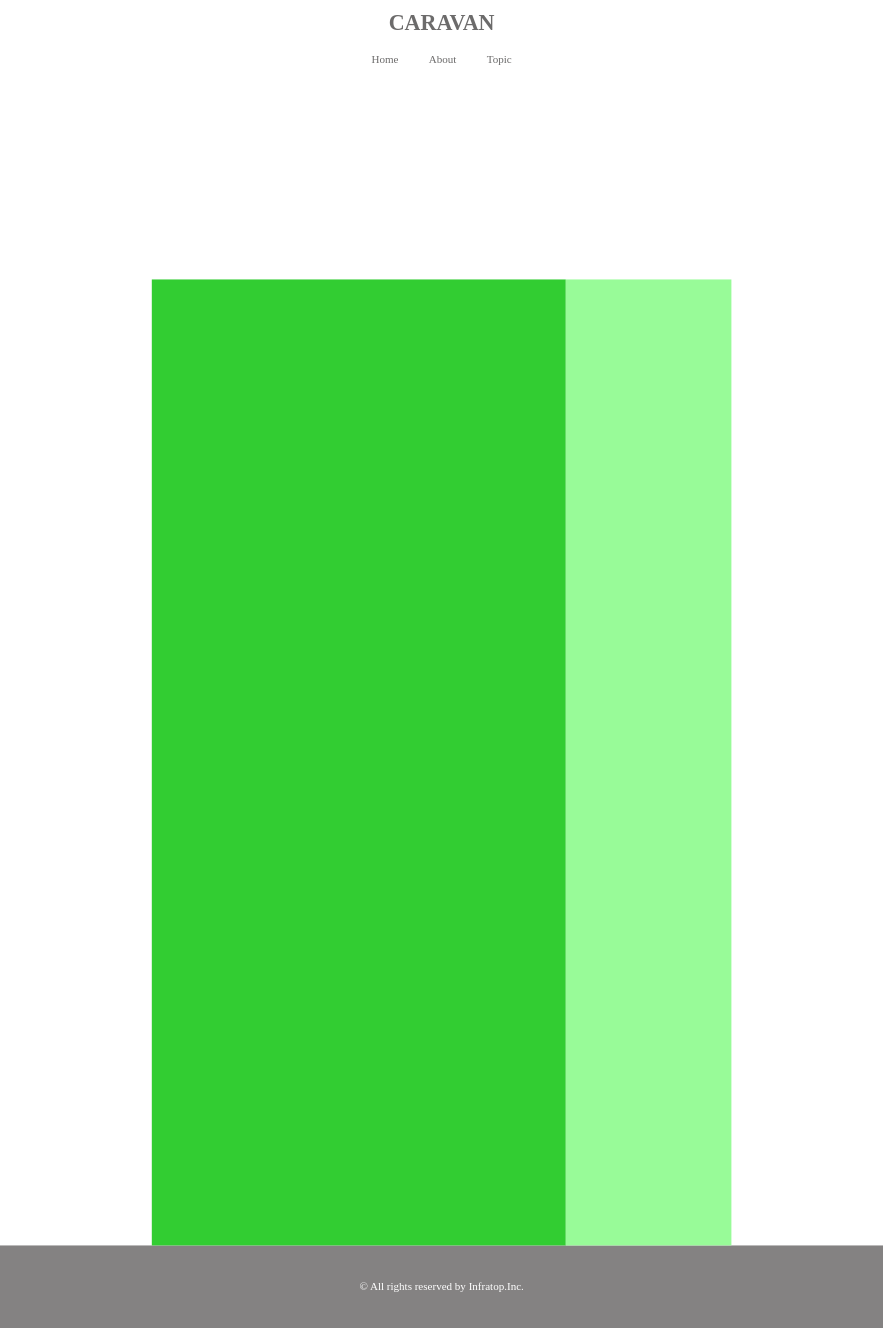
Repository: Nao002/practice
Page: caravan/index.html
The author's editor kept a record of every edit. The page is drawn from the files as they stood at one moment, then again after the next edit.
The browser window is 1280 px wide. The pictures show the whole page, at 69% of full size.

Above is the page before.

After the next edit:
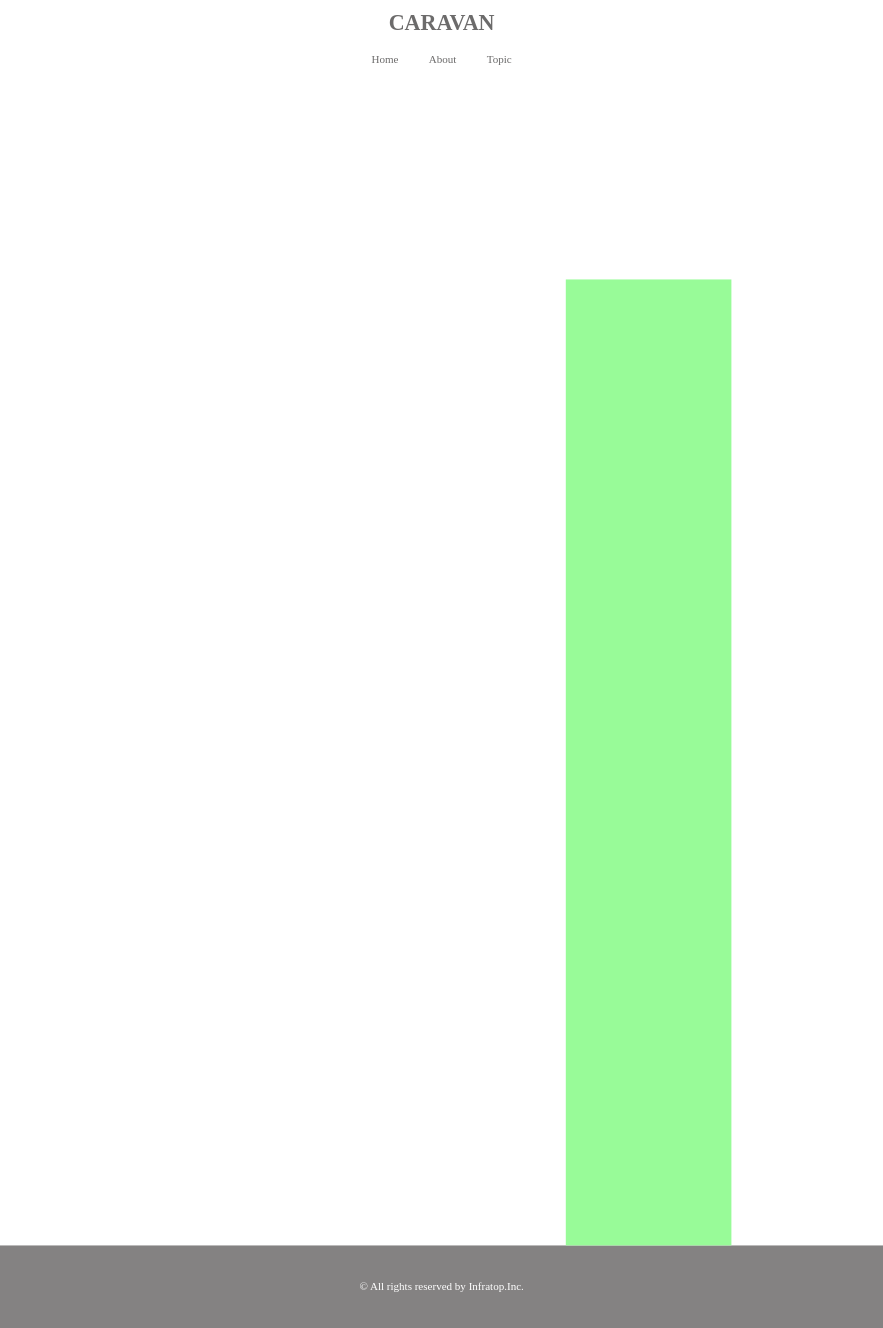
The edit:
--- a/caravan/style.css
+++ b/caravan/style.css
@@ -53,7 +53,6 @@
 .blog {
   width: 600px; /* 横幅600px */
   height: 1400px; /* 高さ600px */
-  background-color: limegreen; /* 背景色limegreen */
 }
 
 .sidebar {
